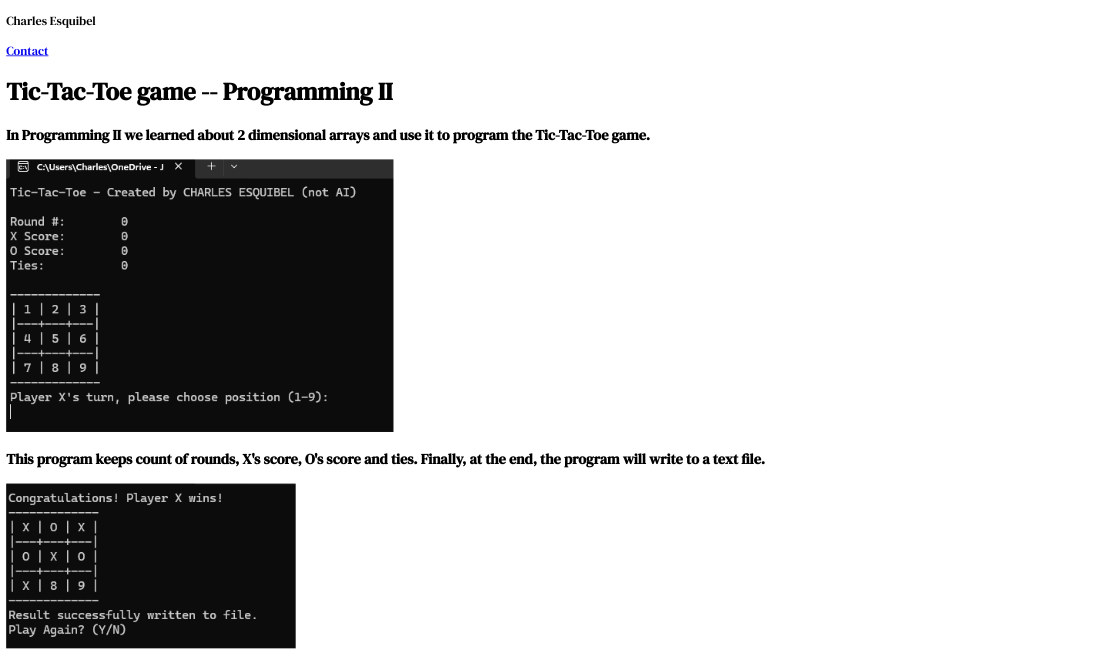
Repository: vGitCharles/vGitCharles
Page: pages/TicTacToe.html
An editor plug-in stored every save of this project. The page is shown before and after the next save, followed by the edit.
The browser window is 1280 px wide. The page is 1280 px wide, then 1448 px, so the pictures cover 1448 px, including what lies to the right of the window. The pictures show the whole page, at 77% of full size.

Above is the page before, as saved 2026-05-15 23:18:47.

### pages/TicTacToe.html
<!DOCTYPE html>
<html lang="en">
<head>
    <meta charset="UTF-8">
    <meta name="viewport" content="width=device-width, initial-scale=1.0">
    <link rel="stylesheet" href="../styles/globals.css">
    <link rel="stylesheet" href="../styles/index.css">
    <title>TicTacToe</title>
</head>
<body>
    <header class="topbar">
        <button class="hamburger" id="hamburger" aria-label="Open Navigation" aria-expanded="false" aria-controls="sidebar">
            <span></span>
            <span></span>
            <span></span>
        </button>
        <p class="topbar__name">Charles Esquibel</p>
        <a class="topbar__email" href="mailto:esquibelcharles@gmail.com">Contact</a>
    </header>


    <h1>
    Tic-Tac-Toe game -- Programming II
</h1>
<p>
    <h3>
        In Programming II we learned about 2 dimensional arrays and use it to program the Tic-Tac-Toe game.
    </h3>
</p>
<img src="/assets/images/TicTacToe1.png" alt="Tic Tac Toe console GUI">
<p>
    <h3>
        This program keeps count of rounds, X's score, O's score and ties. Finally, at the end, the program will write to a text file.


    </h3>
</p>
<img src="/assets/images/TicTacToe2.png" alt="Tic Tac Toe end result">
</body>
</html>

### styles/globals.css
@font-face {
    font-family:'IBM';
    src: url('../assets/fonts/DM_Serif_Text/DMSerifText-Regular.ttf') format('truetype');
}

body{
    font-family:'IBM',sans-serif ;
    overflow-x: hidden;
}
/*ensures all elements have box-sizing https://www.w3schools.com/cssref/sel_before.php*/
*,*::before, *::after{
    box-sizing: border-box;
}

### styles/index.css
.topBar{
    position: fixed;
    top:0;
    left: 0;
    right: 0;
    height:3rem;
    z-index: 100;
    background-color: black;
    border-bottom: 1px solid #2a2520;
    display: flex;
    align-items: center;
    justify-content: space-between;
    padding: 0 1.5rem;

}
.TopBar_Name{
    font-family:'IBM', sans-serif ;
    font-size: 1rem;
    color:whitesmoke;
    font-weight: 600;
}
.TopBar_Email{
    font-family: 'IBM',sans-serif;
    font-size:0.85rem;
    color: grey;
    text-decoration: none;
    transition: color 0.2s;
}
.TopBar_Email:hover{
    color: yellow;
}
/*SideBar*/
.sidebar{
    position: fixed;
    top:3rem;
    left: 0;
    bottom:0;
    width: 11rem;
    background-color: black;
    border-right: 1px solid black;
    padding:1.5rem 0;
    /*hidden off-screen on mobile*/
    transform: translateX(-100%);
    z-index:90;
}
.sidebar ul{
    list-style: none;
    margin:0;
    padding:0;
}

.sidebar_link{
    display:block;
    padding: 0.6rem 1.25rem;
    font-family: 'IBM', sans-serif;
    font-size:0.85rem;
    color: grey;
    text-decoration: none;
    border-left: 2px solid transparent;
    transition:color 0.2s, border-color 0.2s, background-color 0.2s;
}
.sidebar_link:hover{
    color:white;
    background-color: black;
    border-left-color: darkorange;

}
.sidebar_link:active{
    color:goldenrod;
    border-left-color: goldenrod;
    background-color: black;
}
.sidebar.is-open{
    transform:translateX(0);
}
/*Hamburger button (mobile only) https://www.w3schools.com/howto/howto_css_menu_icon.asp*/
.hamburger{
    display:flex;
    flex-direction: column;
    gap:5px;
    background: none;
    border:none;
    cursor:pointer;
    padding: 0.25rem;
    margin-right: 0.75rem;
}
.hamburger span{
    display:block;
    width:1.4rem;
    height:1.5px;
    background-color:white;
    border-radius: 2px;
}

/*Main Content*/
.page-content{
    margin-top: 3rem;
    margin-left: 11rem;
    padding:2rem 2.5rem;
    box-sizing: border-box;
    width:100%;
    overflow-x: hidden;

}
.page-content img{
    width:100%;
    max-width: 100%;
    height: auto;
    margin-block: 1rem;
}
/* Tablet*/
@media (min-width:40rem){
    .page-content{
        padding: 2rem 1.5rem;
    }
    .page-content img{
        max-width: 80%;
    }
}
/*Desktop*/
@media (min-width: 50rem){
    .hamburger{
        display: none;
    }
    .sidebar{
        transform: translateX(0);
    }
    .page-content{
        margin-left:11rem;
        padding:2rem 2.5rem;
    }
    .page-content img{
        max-width: 60%;
    }
}

After the next save:
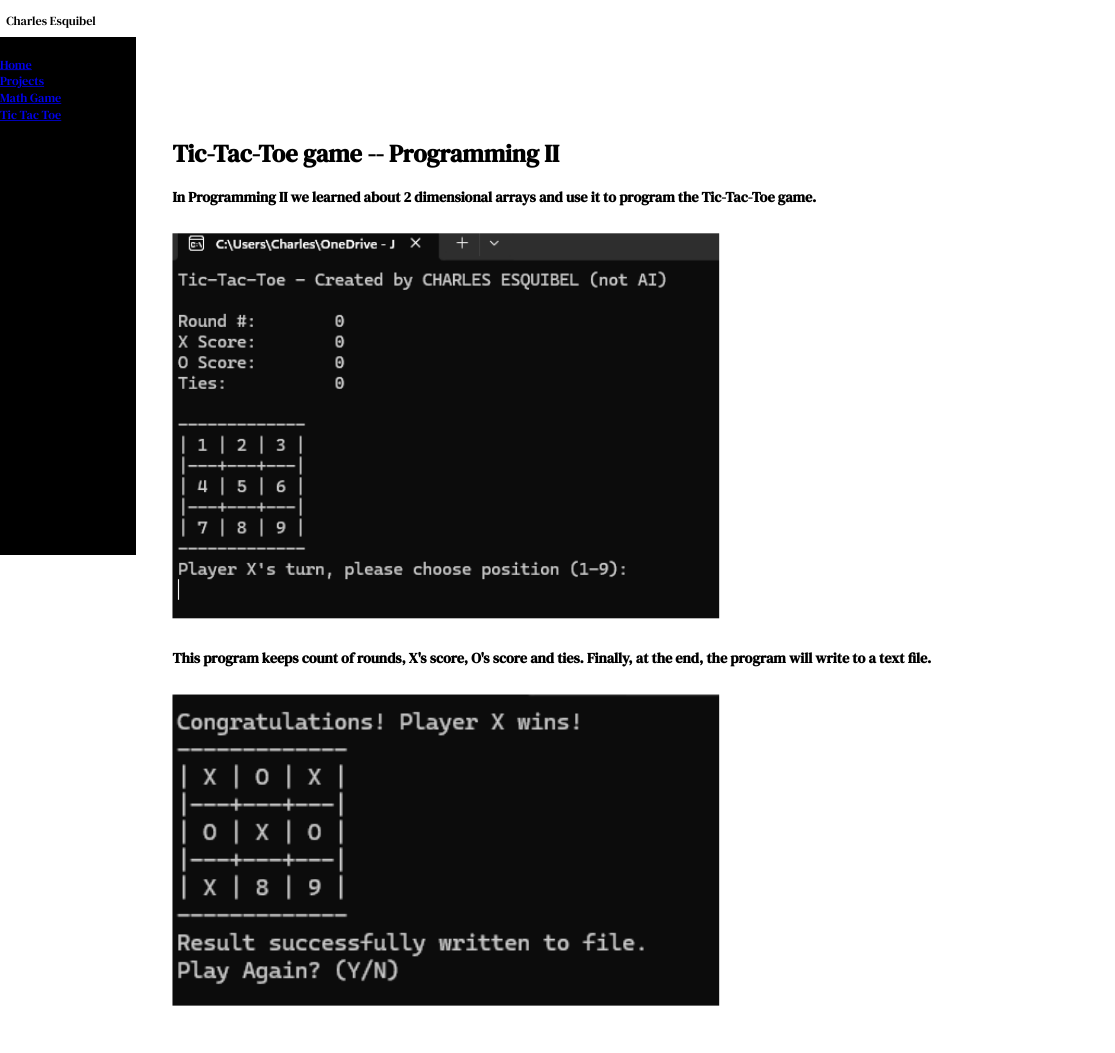
Saved 14 min 4 s later.
--- a/pages/TicTacToe.html
+++ b/pages/TicTacToe.html
@@ -17,8 +17,16 @@
         <p class="topbar__name">Charles Esquibel</p>
         <a class="topbar__email" href="mailto:esquibelcharles@gmail.com">Contact</a>
     </header>
+    <nav class="sidebar" id="sidebar" aria-label="Site Navigation">
+        <ul>
+            <li><a href="../index.html" class="sidebar__link">Home</a></li>
+            <li><a href="../pages/projects.html" class="sidebar__link">Projects</a></li>
+            <li><a href="../pages/MathGame.html" class="sidebar__link active">Math Game</a></li>
+            <li><a href="../pages/TicTacToe.html" class="sidebar__link">Tic Tac Toe</a></li>
+        </ul>
+    </nav>
 
-
+    <main class="page-content">
     <h1>
     Tic-Tac-Toe game -- Programming II
 </h1>
@@ -36,5 +44,6 @@
     </h3>
 </p>
 <img src="/assets/images/TicTacToe2.png" alt="Tic Tac Toe end result">
+</main>
 </body>
 </html>
